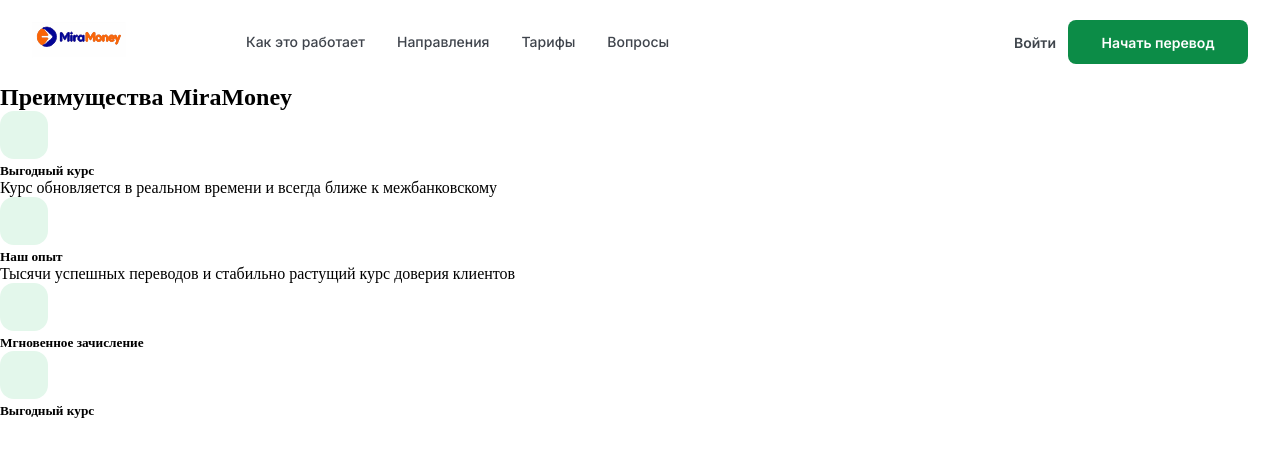
Repository: Shaiyr1/mira-money
Page: index.html
An editor plug-in stored every save of this project. The page is shown before and after the next save, followed by the edit.
The browser window is 1280 px wide. The pictures show the whole page.

Above is the page before, as saved 2026-10-20 16:23:10.

After the next save:
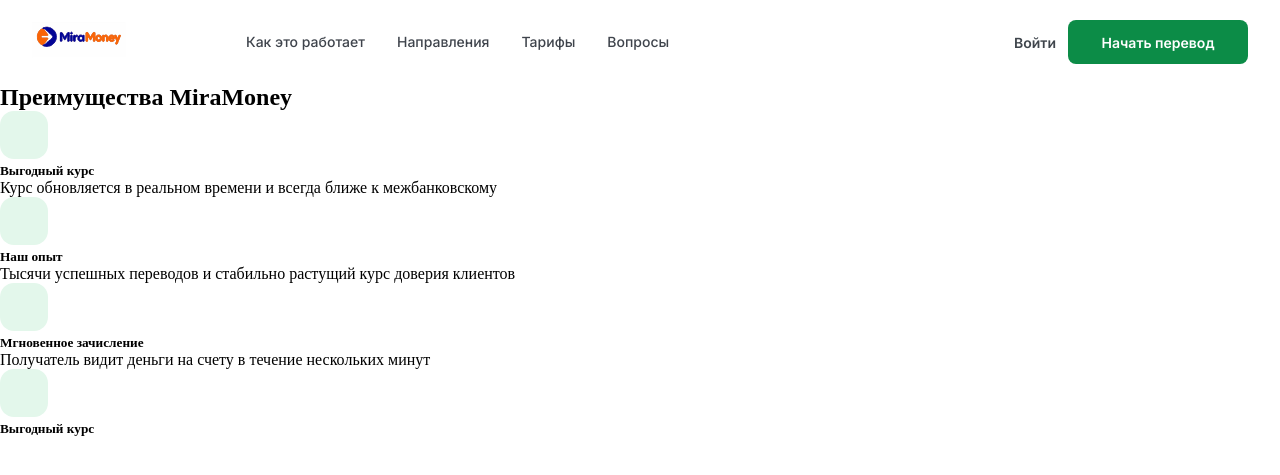
Saved 33 s later.
--- a/index.html
+++ b/index.html
@@ -58,7 +58,7 @@
                     <div class="advantages-block">
                         <img class="advantages-block__icon" src="./src/img/icon.svg" alt="icon">
                         <h5 class="advantages-block__title">Мгновенное зачисление</h5>
-                        <p class="advantages-block__subtitle"></p>
+                        <p class="advantages-block__subtitle">Получатель видит деньги на счету в течение нескольких минут</p>
                     </div>
                     <div class="advantages-block">
                         <img class="advantages-block__icon" src="./src/img/icon.svg" alt="icon">
